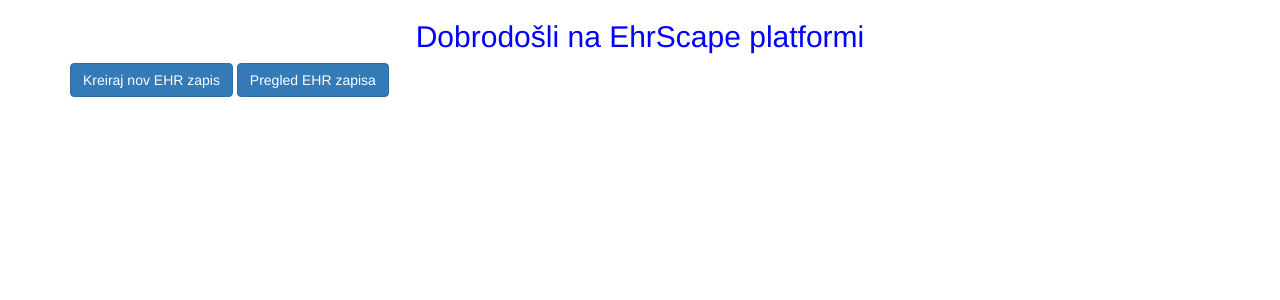
Repository: Denten7/oisdn4
Page: index.html
The author's editor kept a record of every edit. The page is drawn from the files as they stood at one moment, then again after the next edit.
The browser window is 1280 px wide. The pictures show the whole page.
Some web libraries are served in a nearby version.

Above is the page before.

### index.html
<!DOCTYPE html>
<html>

  <head>
      <meta http-equiv="Content-Type" content="text/html; charset=UTF-8"/>
	    <title>EhrScape - Vnos in poizvedovanje po EHR podatkih</title>
	    <script src="http://ajax.googleapis.com/ajax/libs/jquery/2.1.0/jquery.min.js"></script>
	    <link href="http://maxcdn.bootstrapcdn.com/bootstrap/3.3.1/css/bootstrap.min.css" rel="stylesheet">
	    <script src="http://maxcdn.bootstrapcdn.com/bootstrap/3.3.1/js/bootstrap.min.js"></script>
      <script src="demo.js"></script>
    <body>

      <div class="container">
        <div class="wide-layout developers light">
          <center><h2 style= "color:blue">Dobrodošli na EhrScape platformi</h2></center>
          <div class="buttons">
            <a href="index1.html" class="btn btn-primary">Kreiraj nov EHR zapis</a>
            <a href="index2.html" class="btn btn-primary">Pregled EHR zapisa</a>
          </div>
        </div>



      </div>






    </body>

  </body>
</html>

### demo.js

var baseUrl = 'https://rest.ehrscape.com/rest/v1';
var queryUrl = baseUrl + '/query';

var username = "ois.seminar";
var password = "ois4fri";

var ime1;

function zacetnaF() {
    ime = $("#imePacienta").text();
    if(ime.length == 0 || !ime){
        $("#basicModal").modal('show');
    }
    else {
        $("#basicModal").modal('hide');
    }
}

function modelS() {
    $("#basicModal").modal('show');
}

function getSessionId() {
    var response = $.ajax({
        type: "POST",
        url: baseUrl + "/session?username=" + encodeURIComponent(username) +
        "&password=" + encodeURIComponent(password),
        async: false
    });
    return response.responseJSON.sessionId;
}

function dodajUporabnika() {
    sessionId = getSessionId();

    var ime = $("#ime").val();
    var priimek = $("#priimek").val();
    var datum = $("#datum").val();

    $.ajaxSetup({
        headers: {
            "Ehr-Session": sessionId
        }
    });
    $.ajax({
        url: baseUrl + "/ehr",
        type: 'POST',
        success: function (data) {
            var ehrId = data.ehrId;
            var partyData = {
                firstNames: ime,
                lastNames: priimek,
                dateOfBirth: datum,
                partyAdditionalInfo: [
                    {
                        key: "ehrId", value: ehrId
                    }
                ]
            };
            $.ajax({
                url: baseUrl + "/demographics/party",
                type: 'POST',
                contentType: 'application/json',
                data: JSON.stringify(partyData),
                success: function (party) {
                    if (party.action == 'CREATE') {
                        $("#dodaj").hide();
                        $("#uspesno").text("Uspesno dodan. EHR ID: "+ ehrId);

                        $("#cas").show();
                        setTimeout(function() {
                            $("#cas").fadeOut(1500)
                        }, 7000);
                    }
                },
                error: function(err) {
                }
            });
        }
    });
}

function EHRprofile() {
    sessionId = getSessionId();

    var ehrId = $("#SearchEHR").val();

    if (!ehrId || ehrId.trim().length == 0) {

    } else {
        var leto;
        var mesec;
        var dan;

        $.ajax({
            url: baseUrl + "/demographics/ehr/" + ehrId + "/party",
            type: 'GET',
            headers: {"Ehr-Session": sessionId},
            success: function (data) {
                var party = data.party;
                $("#imePacienta").text(party.firstNames +" "+party.lastNames);
                $("#EHRid").text(ehrId);
                var datumR = party.dateOfBirth;
                leto=datumR.substring(0, 4);
                mesec=datumR.substring(5, 7);
                dan=datumR.substring(8, 10);
                var tempDan = parseInt(dan);
                var tempMesec = parseInt(mesec);
                var templeto = parseInt(leto);
                var danes = new Date();

                var dan1 = parseInt(danes.getDate());
                var mesec1 = parseInt(danes.getMonth())+1;
                var leto1 = parseInt(danes.getFullYear());

                var temp = leto1 - templeto;

                if(mesec1 > tempMesec){
                    $("#starost").text(temp);
                }
                else if(mesec1 == tempMesec && (tempDan < dan1 || tempDan == dan1)){
                    $("#starost").text(temp);
                }
                else{
                    temp = temp-1
                    $("#starost").text(temp);
                }


                $("#datumRojstva").text(dan+"."+mesec+"."+leto);
            },
            error: function(err) {
                $("#preberiSporocilo").html("<span class='obvestilo label label-danger fade-in'>Napaka '" + JSON.parse(err.responseText).userMessage + "'!");
                console.log(JSON.parse(err.responseText).userMessage);
            }
        });
        $("#teza1").text("");
        $("#visina1").text("");
        $.ajaxSetup({
            headers: {
                "Ehr-Session": sessionId
            }
        });
        $.ajax({
            url: baseUrl + "/view/" + ehrId + "/weight",
            type: 'GET',
            success: function (res) {
                $("#teza1").text(res[0].weight)
            }

        });
        $.ajax({
            url: baseUrl + "/view/" + ehrId + "/height",
            type: 'GET',
            success: function (res) {
                $("#visina1").text(res[0].height);
            }
        });

        $("#tabela").hide();
        $("#tabela1").hide();
        $("#tabela2").hide();
        $("#tabela3").hide();
        $("#tabela4").hide();

    }
}

function dodajVZ() {
    sessionId = getSessionId();

    var ehrId = $("#EHRid").text();
    var datumInU = $("#datumInUra").val();
    var telesnaVis = $("#visina").val();
    var telesnaTez = $("#teza").val();
    var telesnaTemp = $("#temp").val();
    var krvniS = $("#Skrvni").val();
    var krvniD = $("#Dkrvni").val();
    var nasKisik = $("#Nas02").val();
    var merilec = $("#merilec").val();

    $.ajaxSetup({
        headers: {"Ehr-Session": sessionId}
    });
    var podatki = {
        // Preview Structure: https://rest.ehrscape.com/rest/v1/template/Vital%20Signs/example
        "ctx/language": "en",
        "ctx/territory": "SI",
        "ctx/time": datumInU,
        "vital_signs/height_length/any_event/body_height_length": telesnaVis,
        "vital_signs/body_weight/any_event/body_weight": telesnaTez,
        "vital_signs/body_temperature/any_event/temperature|magnitude": telesnaTemp,
        "vital_signs/body_temperature/any_event/temperature|unit": "°C",
        "vital_signs/blood_pressure/any_event/systolic": krvniS,
        "vital_signs/blood_pressure/any_event/diastolic": krvniD,
        "vital_signs/indirect_oximetry:0/spo2|numerator": nasKisik
    };

    var parametriZahteve = {
        "ehrId": ehrId,
        templateId: 'Vital Signs',
        format: 'FLAT',
        committer: merilec
    };

    $.ajax({
        url: baseUrl + "/composition?" + $.param(parametriZahteve),
        type: 'POST',
        contentType: 'application/json',
        data: JSON.stringify(podatki),
        success: function (res) {
            $("#meritve").hide();
            $("#dodajMeritev").show();
            $("#uspesno").show();
            setTimeout(function() {
                $("#uspesno").fadeOut(1500)
            }, 5000);

            EHRprofile();
        },
        error: function(err) {
            $("#dodajMeritveVitalnihZnakovSporocilo").html("<span class='obvestilo label label-danger fade-in'>Napaka '" + JSON.parse(err.responseText).userMessage + "'!");
            console.log(JSON.parse(err.responseText).userMessage);
        }
    });

}

function poenostavi() {
    EHRprofile();
}


function zgodovinaMerjenjTemp() {
    sessionId = getSessionId();
    var ehrId = $("#EHRid").text();
    var tip = $("#preberiEHR1").val();
    if(tip.length == 0){
        $.ajax({
            url: baseUrl + "/view/" + ehrId + "/" + "body_temperature",
            type: 'GET',
            headers: {"Ehr-Session": sessionId},
            success: function (res) {
                if (res.length > 0) {
                    var konrezultat = "<table class='table table-bordered' id='tabela'><tr style='background-color: aquamarine'><th class='text-center'>Datum in ura</th><th class='text-center'>Telesna temperatura</th></tr>";
                    for (var i in res) {
                        konrezultat += "<tr><td class='text-center'>" + res[i].time + "</td><td class='text-center'>" + res[i].temperature + " " 	+ res[i].unit + "</td>";
                    }
                    konrezultat += "</table>";
                    $("#rezultat").html(konrezultat);
                } else {
                    $("#nd1").show();
                    setTimeout(function() {
                        $("#nd1").fadeOut(1500)
                    }, 5000);
                }
            },
            error: function() {
                console.log(JSON.parse(err.responseText).userMessage);
            }
        });
    }
    else if(tip == "Podhladitev"){
        var AQL =
            "select " +
            "t/data[at0002]/events[at0003]/time/value as time, " +
            "t/data[at0002]/events[at0003]/data[at0001]/items[at0004]/value/magnitude as temperatura_telesa, " +
            "t/data[at0002]/events[at0003]/data[at0001]/items[at0004]/value/units as enota " +
            "from EHR e[e/ehr_id/value='" + ehrId + "'] " +
            "contains OBSERVATION t[openEHR-EHR-OBSERVATION.body_temperature.v1] " +
            "where t/data[at0002]/events[at0003]/data[at0001]/items[at0004]/value/magnitude<36 " +
            "order by t/data[at0002]/events[at0003]/time/value desc " +
            "limit 10";

        $.ajax({
            url: baseUrl + "/query?" + $.param({"aql": AQL}),
            type: 'GET',
            headers: {"Ehr-Session": sessionId},
            success: function (res) {
                var konrezultat = "<table class='table table-bordered' id='tabela'><tr style='background-color: aquamarine'><th class='text-center'>Datum in ura</th><th class='text-center'>Telesna temperatura</th></tr>";
                if (res) {
                    var rez = res.resultSet;
                    for (var i in rez) {
                        konrezultat += "<tr><td class='text-center'>" + rez[i].time + "</td><td class='text-center'>" + rez[i].temperatura_telesa + " " 	+ rez[i].enota + "</td>";
                    }
                    konrezultat += "</table>";
                    $("#rezultat").html(konrezultat);
                } else {
                    $("#nd1").show();
                    setTimeout(function() {
                        $("#nd1").fadeOut(1500)
                    }, 5000);
                }
            },
            error: function() {
                console.log(JSON.parse(err.responseText).userMessage);
            }
        });
    }

    else if(tip == "Vročina"){
        var AQL =
            "select " +
            "t/data[at0002]/events[at0003]/time/value as time, " +
            "t/data[at0002]/events[at0003]/data[at0001]/items[at0004]/value/magnitude as temperatura_telesa, " +
            "t/data[at0002]/events[at0003]/data[at0001]/items[at0004]/value/units as enota " +
            "from EHR e[e/ehr_id/value='" + ehrId + "'] " +
            "contains OBSERVATION t[openEHR-EHR-OBSERVATION.body_temperature.v1] " +
            "where t/data[at0002]/events[at0003]/data[at0001]/items[at0004]/value/magnitude>37.2 " +
            "order by t/data[at0002]/events[at0003]/time/value desc " +
            "limit 5";

        $.ajax({
            url: baseUrl + "/query?" + $.param({"aql": AQL}),
            type: 'GET',
            headers: {"Ehr-Session": sessionId},
            success: function (res) {
                var konrezultat = "<table class='table table-bordered' id='tabela'><tr style='background-color: aquamarine'><th class='text-center'>Datum in ura</th><th class='text-center'>Telesna temperatura</th></tr>";
                if (res) {
                    var rez = res.resultSet;
                    for (var i in rez) {
                        konrezultat += "<tr><td class='text-center'>" + rez[i].time + "</td><td class='text-center'>" + rez[i].temperatura_telesa + " " 	+ rez[i].enota + "</td>";
                    }
                    konrezultat += "</table>";
                    $("#rezultat").html(konrezultat);
                } else {
                    $("#nd1").show();
                    setTimeout(function() {
                        $("#nd1").fadeOut(1500)
                    }, 5000);
                }
            },
            error: function() {
                console.log(JSON.parse(err.responseText).userMessage);
            }
        });
    }



}

function zgodovinaMerjenjTeza() {
    sessionId = getSessionId();
    var ehrId = $("#EHRid").text();

    $.ajax({
        url: baseUrl + "/view/" + ehrId + "/" + "weight",
        type: 'GET',
        headers: {"Ehr-Session": sessionId},
        success: function (res) {
            if (res.length > 0) {
                var konrezultat = "<table class='table table-bordered' id='tabela1'><tr style='background-color: aquamarine'><th class='text-center'>Datum in ura</th><th class='text-center'>Telesna teža</th></tr>";
                for (var i in res) {
                    konrezultat += "<tr><td class='text-center'>" + res[i].time + "</td><td class='text-center'>" + res[i].weight + " " 	+ res[i].unit + "</td>";
                }
                konrezultat += "</table>";
                $("#rezultat1").html(konrezultat);
            } else {
                $("#nd1").show();
                setTimeout(function() {
                    $("#nd1").fadeOut(1500)
                }, 5000);
            }
        },
        error: function() {
            console.log(JSON.parse(err.responseText).userMessage);
        }
    });

}

function zgodovinaMerjenjTlak() {
    sessionId = getSessionId();
    var ehrId = $("#EHRid").text();

    $.ajax({
        url: baseUrl + "/view/" + ehrId + "/" + "blood_pressure",
        type: 'GET',
        headers: {"Ehr-Session": sessionId},
        success: function (res) {
            if (res.length > 0) {
                var konrezultat = "<table class='table table-bordered' id='tabela2'><tr style='background-color: aquamarine'><th class='text-center'>Datum in ura</th><th class='text-center'>Krvni tlak</th></tr>";
                for (var i in res) {
                    konrezultat += "<tr><td class='text-center'>" + res[i].time + "</td><td class='text-center'>" + res[i].systolic + "/" + res[i].diastolic + " " + res[i].unit + "</td>";
                }
                konrezultat += "</table>";
                $("#rezultat2").html(konrezultat);
            } else {
                $("#nd1").show();
                setTimeout(function() {
                    $("#nd1").fadeOut(1500)
                }, 5000);
            }
        },
        error: function() {
            console.log(JSON.parse(err.responseText).userMessage);
        }
    });
}

function zgodovinaMerjenjVisina() {
    sessionId = getSessionId();
    var ehrId = $("#EHRid").text();

    $.ajax({
        url: baseUrl + "/view/" + ehrId + "/" + "height",
        type: 'GET',
        headers: {"Ehr-Session": sessionId},
        success: function (res) {
            if (res.length > 0) {
                var konrezultat = "<table class='table table-bordered' id='tabela3'><tr style='background-color: aquamarine'><th class='text-center'>Datum in ura</th><th class='text-center'>Telesna visina</th></tr>";
                for (var i in res) {
                    konrezultat += "<tr><td class='text-center'>" + res[i].time + "</td><td class='text-center'>" + res[i].height + " " 	+ res[i].unit + "</td>";
                }
                konrezultat += "</table>";
                $("#rezultat3").html(konrezultat);
            } else {
                $("#nd1").show();
                setTimeout(function() {
                    $("#nd1").fadeOut(1500)
                }, 5000);
            }
        },
        error: function() {
            console.log(JSON.parse(err.responseText).userMessage);
        }
    });

}

function zgodovinaMerjenjNasicenost() {
    sessionId = getSessionId();
    var ehrId = $("#EHRid").text();

    $.ajax({
        url: baseUrl + "/view/" + ehrId + "/" + "height",
        type: 'GET',
        headers: {"Ehr-Session": sessionId},
        success: function (res) {
            if (res.length > 0) {
                var konrezultat = "<table class='table table-bordered' id='tabela4'><tr style='background-color: aquamarine'><th class='text-center'>Datum in ura</th><th class='text-center'>Telesna visina</th></tr>";
                for (var i in res) {
                    konrezultat += "<tr><td class='text-center'>" + res[i].time + "</td><td class='text-center'>" + res[i].spO2 + " " 	+ res[i].unit + "</td>";
                }
                konrezultat += "</table>";
                $("#rezultat4").html(konrezultat);
            } else {
                $("#nd1").show();
                setTimeout(function() {
                    $("#nd1").fadeOut(1500)
                }, 5000);
            }
        },
        error: function() {
            console.log(JSON.parse(err.responseText).userMessage);
        }
    });

}


function prevezi() {
    window.location.href="uprProfil.html"
}



$(document).ready(function(){
    $("#zacni").click(function() {
        $("#ime").text("");
        $("#priimek").text("");
        $("#datum").text("");
        $("#bolezen").text("");
        $("#dodaj").toggle();
    });

    $("#dodajMeritev").click(function() {
        $("#meritve").toggle();
    });

    $("#dodajMer").click(function() {

    });

    $('#preberiEHR').change(function() {
        $("#SearchEHR").val($(this).val());
    });

    $('#preberiEHR1').change(function() {
        var podatki = $(this).val().split(",");
        $("#ime").val(podatki[0]);
        $("#priimek").val(podatki[1]);
        $("#datum").val(podatki[2]);
    });

});

After the next edit:
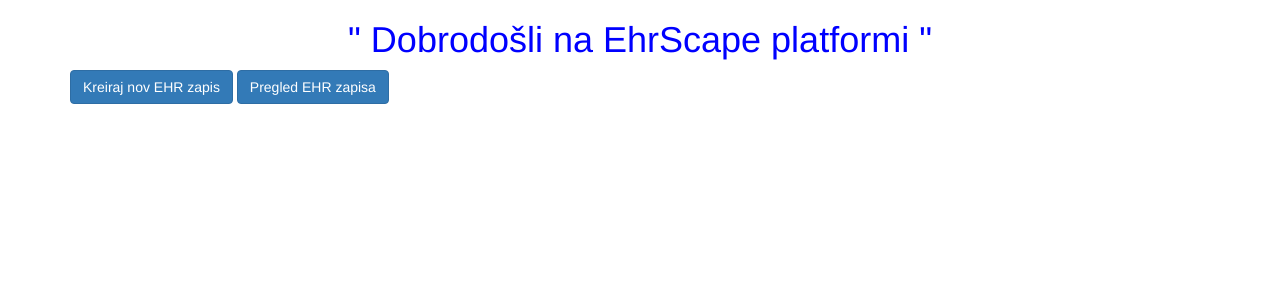
The edit:
--- a/index.html
+++ b/index.html
@@ -12,7 +12,7 @@
 
       <div class="container">
         <div class="wide-layout developers light">
-          <center><h2 style= "color:blue">Dobrodošli na EhrScape platformi</h2></center>
+          <center><h1 style= "color:blue">" Dobrodošli na EhrScape platformi "</h1></center>
           <div class="buttons">
             <a href="index1.html" class="btn btn-primary">Kreiraj nov EHR zapis</a>
             <a href="index2.html" class="btn btn-primary">Pregled EHR zapisa</a>
